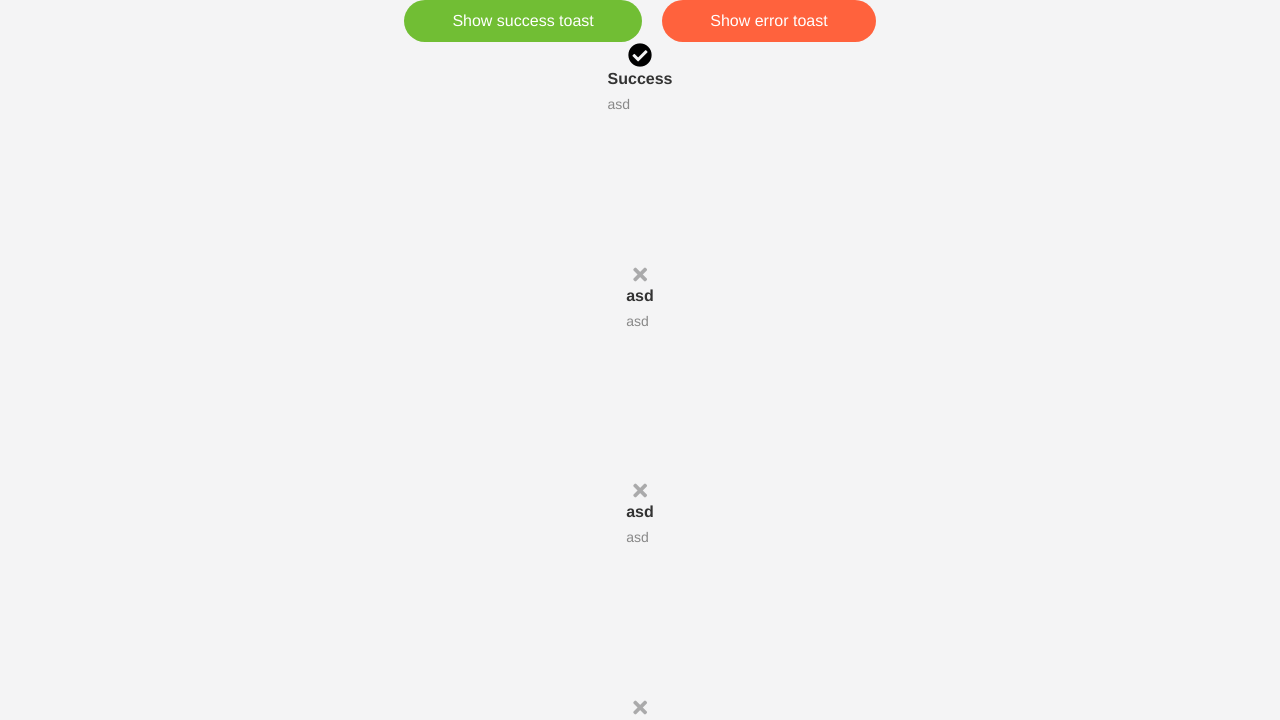
Repository: vuongtm1999/Toast_Message
Page: toast-message.html
The author's editor kept a copy of each file at every save. The page is drawn from the files as they stood at one save, then again after the next save.
The browser window is 1280 px wide. The pictures show the whole page.

Above is the page before, as saved 2022-09-01 12:41:51.

After the next save:
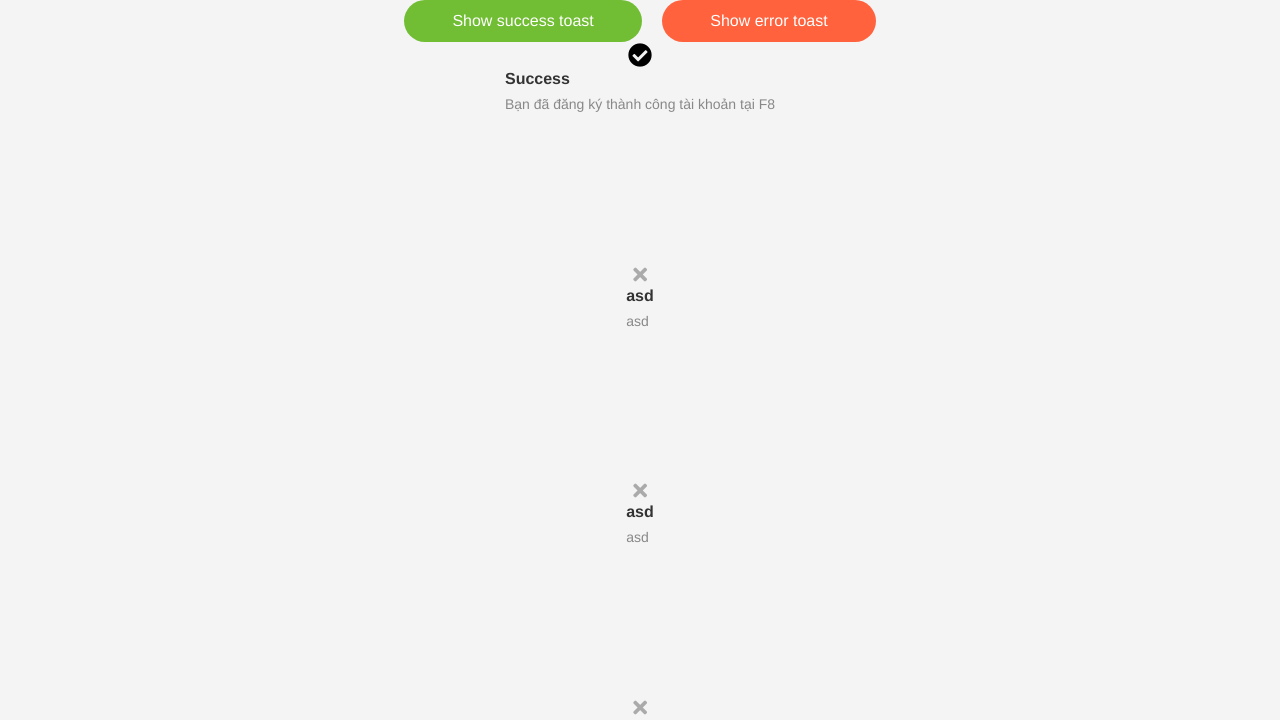
Saved 27 s later.
--- a/toast-message.html
+++ b/toast-message.html
@@ -26,7 +26,7 @@
     </div>
     <div class="toast__body">
         <h3 class="toast__title">Success</h3>
-        <p class="toast__msg">asd</p>
+        <p class="toast__msg">Bạn đã đăng ký thành công tài khoản tại F8</p>
     </div>
     <div class="toast__close">
         <i class="fas fa-times"></i>
